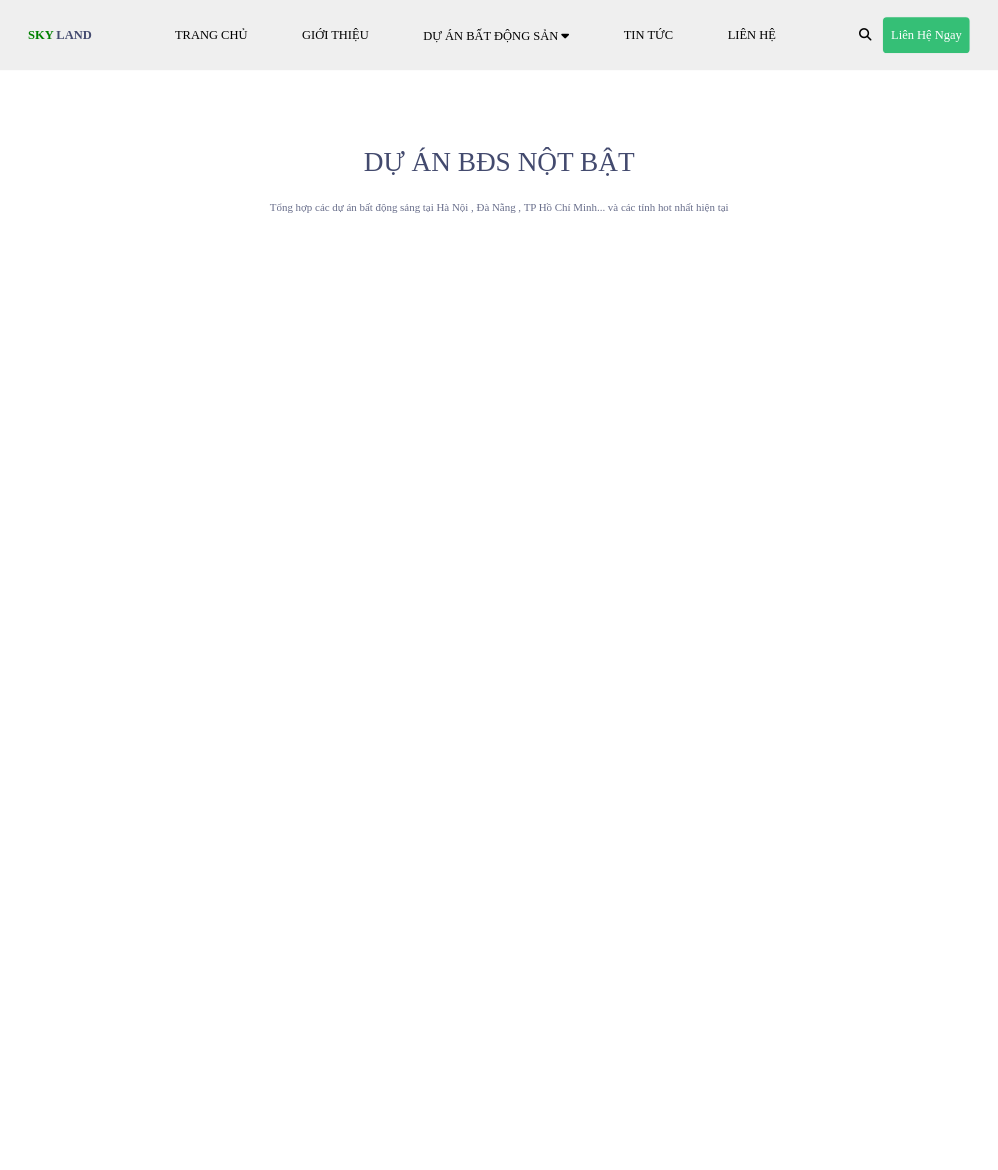
Repository: HuynhDuc23/Webvideodesgin
Page: htmlcssNangCao/index.html
An editor plug-in stored every save of this project. The page is shown before and after the next save, followed by the edit.
The browser window is 1280 px wide. The pictures show the whole page, at 78% of full size.
The style sheet was rebuilt from its Sass, Less or Tailwind sources for each picture, by a compiler version that may differ from the author's.

Above is the page before, as saved 2023-04-30 09:22:53.

After the next save:
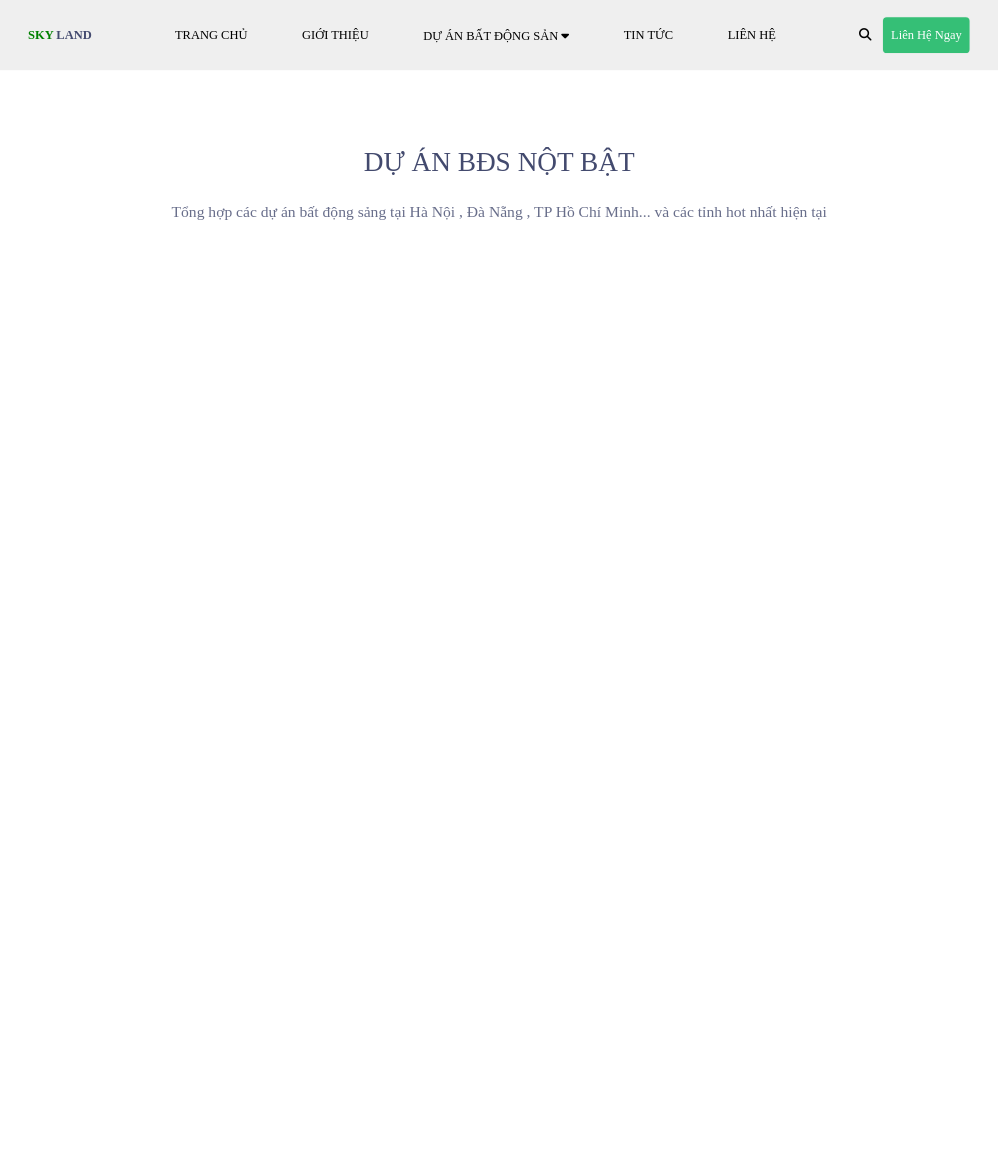
Saved 7 s later.
--- a/htmlcssNangCao/style.scss
+++ b/htmlcssNangCao/style.scss
@@ -81,7 +81,7 @@ html {
     .paragrap {
         margin-top: 30px;
         line-height: 1.6;
-        font-size: 14px;
+        font-size: 20px;
         color: #434a6e;
         opacity: 0.8;
     }
